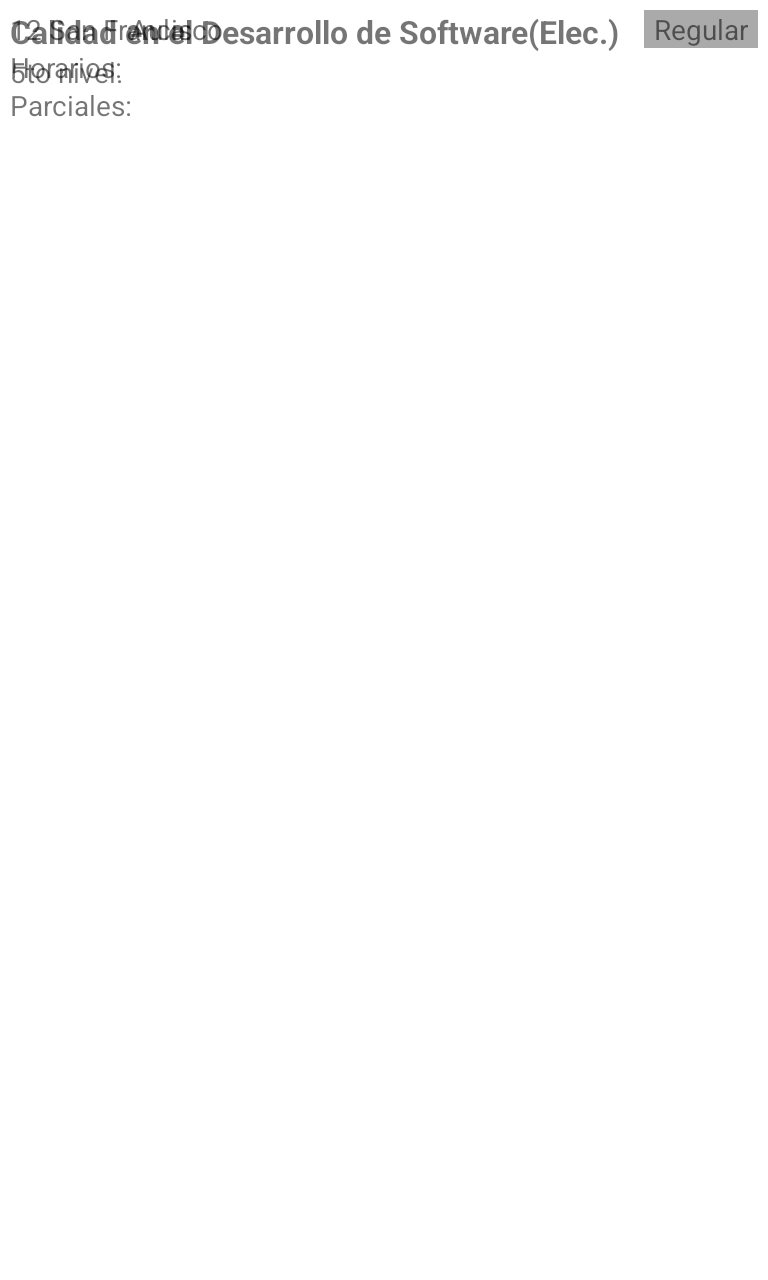
Repository: juanpablobono/Sysacadalumnos
Layout: Sysacad/res/layout/lst_cursado_item.xml
The author's editor kept a copy of each file at every save. The layout is drawn from the files as they stood at one save, then again after a run of saves.
It is drawn on a 768 x 1280 px phone screen (xhdpi) without system bars, with theme temaSysacad; the app's code is not run.

Above is the layout before, as saved 2014-07-07 12:56:04.

After the next 2 saves:
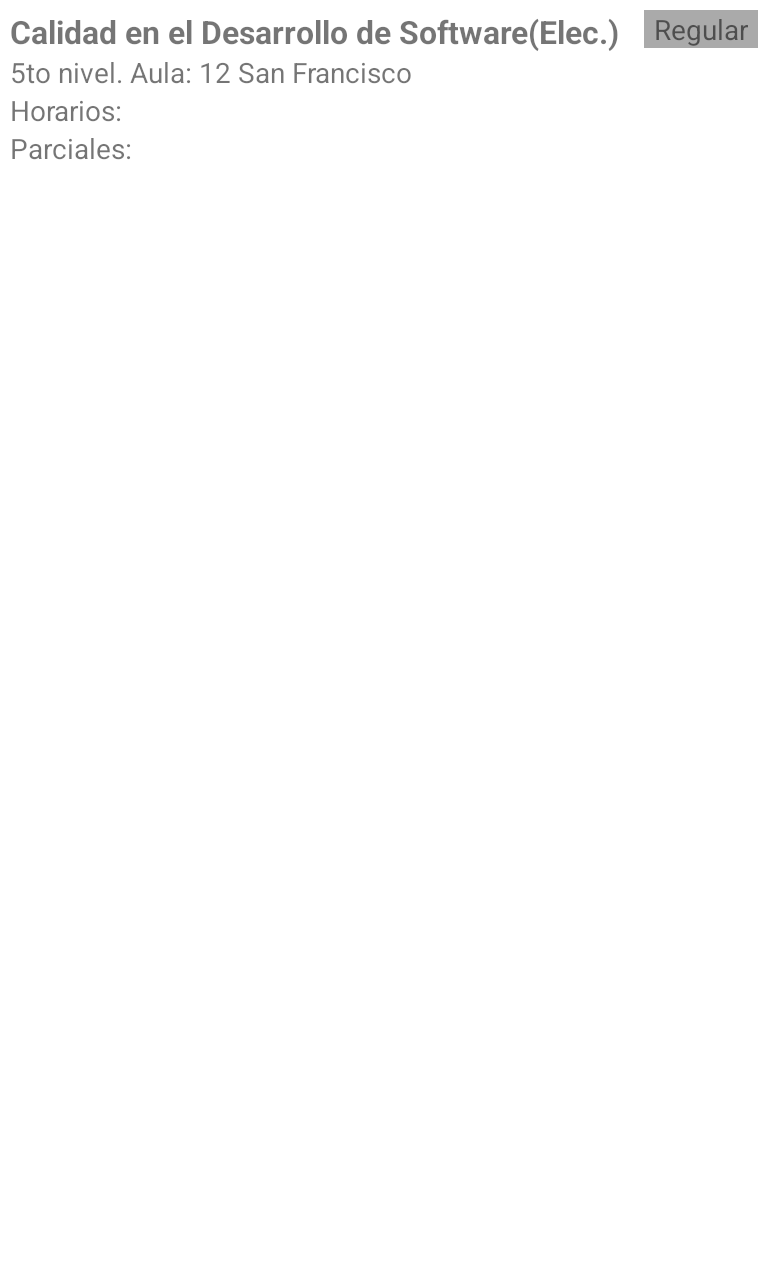
The 2 saves are shown as one change because they came seconds apart.
The last was saved 32 s later.
--- a/Sysacad/res/layout/lst_cursado_item.xml
+++ b/Sysacad/res/layout/lst_cursado_item.xml
@@ -42,14 +42,16 @@
         android:layout_width="wrap_content"
         android:layout_height="wrap_content"
         android:layout_toRightOf="@+id/lblNivel"
+
+        android:layout_below="@+id/lblNombreMateria"
         android:text="Aula: " />
 
     <TextView
         android:id="@+id/lblAula"
         android:layout_width="wrap_content"
         android:layout_height="wrap_content"
-        android:layout_alignBottom="@+id/lblForAula"
-        android:layout_alignLeft="@+id/lblNivel"
+        android:layout_toRightOf="@+id/lblForAula"
+        android:layout_below="@+id/lblNombreMateria"
         android:text="12 San Francisco" />
 
     <TextView
